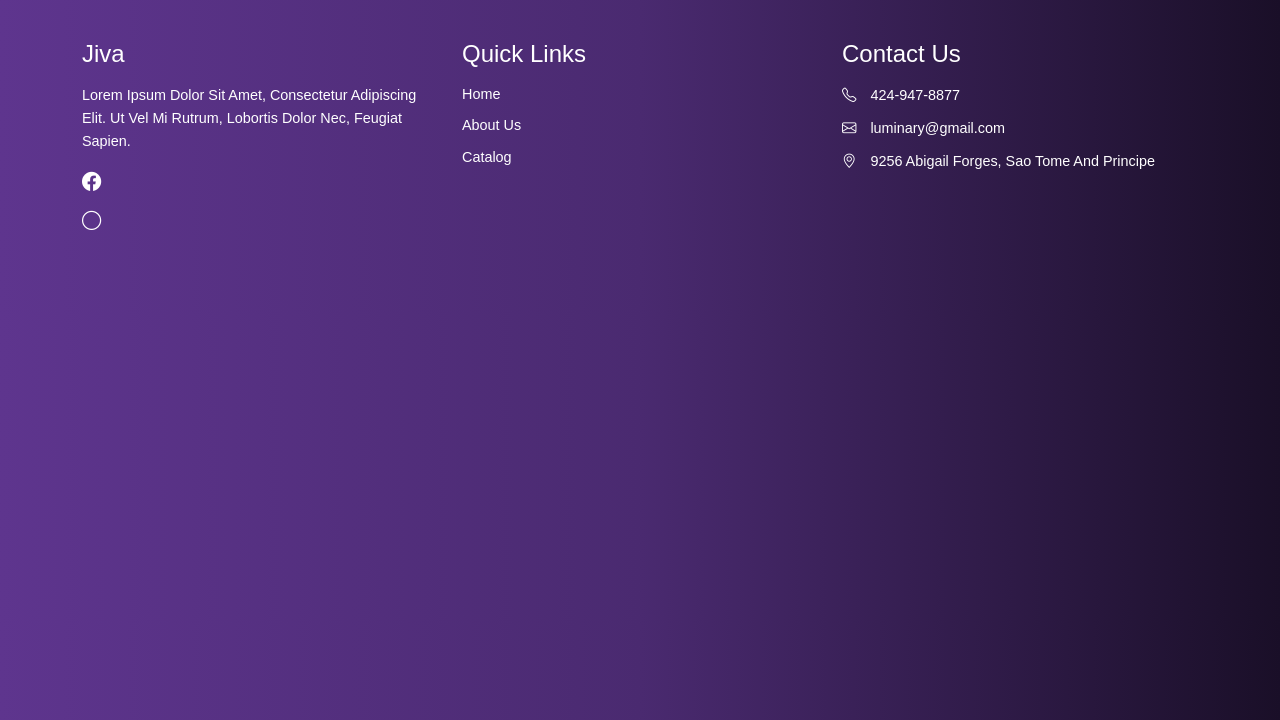
Repository: Vaishnavi323/SonaChandi
Page: http://localhost/sonachandi/application/views/common/footer.php
An editor plug-in stored every save of this project. The page is shown before and after the next save, followed by the edit.
The browser window is 1280 px wide. The pictures show the whole page.
The page is run by PHP 8.4 with error messages shown; the project is at /var/www/html/.

Above is the page before, as saved 2025-06-04 15:54:29.

After the next save:
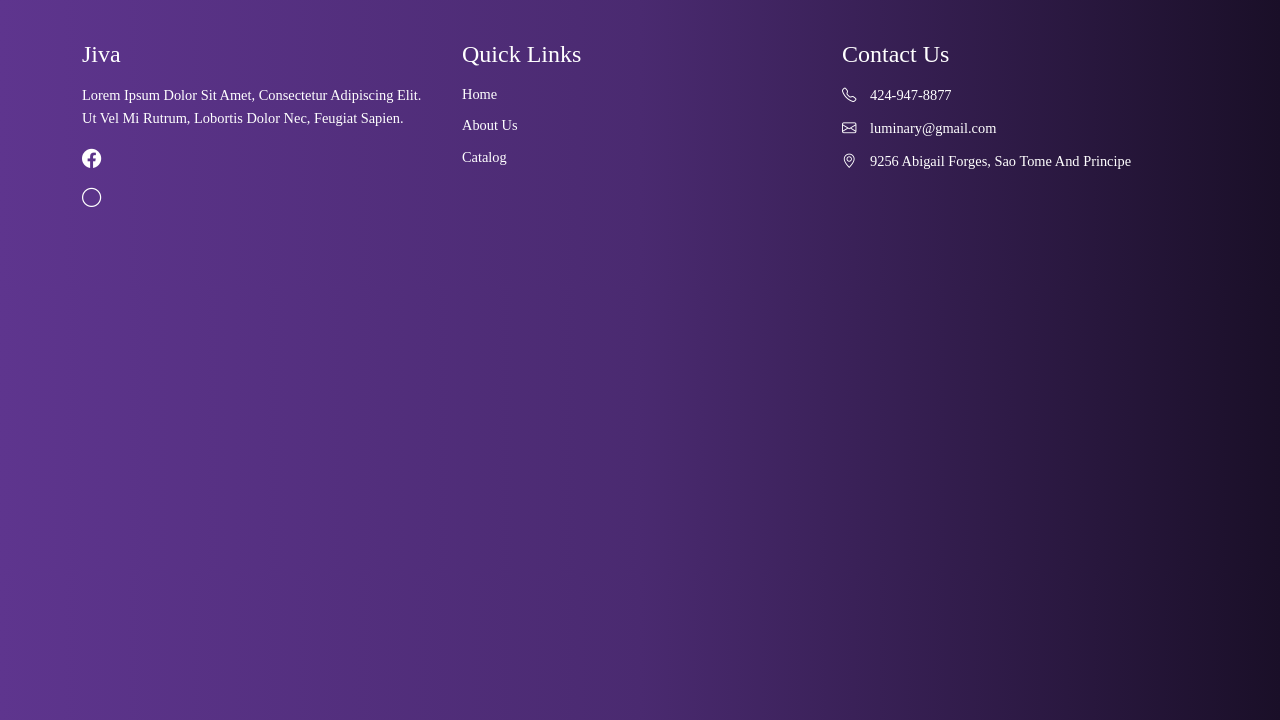
Saved 60 s later.
--- a/application/views/common/footer.php
+++ b/application/views/common/footer.php
@@ -11,7 +11,8 @@
         body {
             background: linear-gradient(to right, #5E358E, #4A2A70, #1A0F28);
             color: white;
-            font-family: Arial, sans-serif;
+            font-family: 'Cormorant Garamond', serif;
+
         }
 
         .footer {
